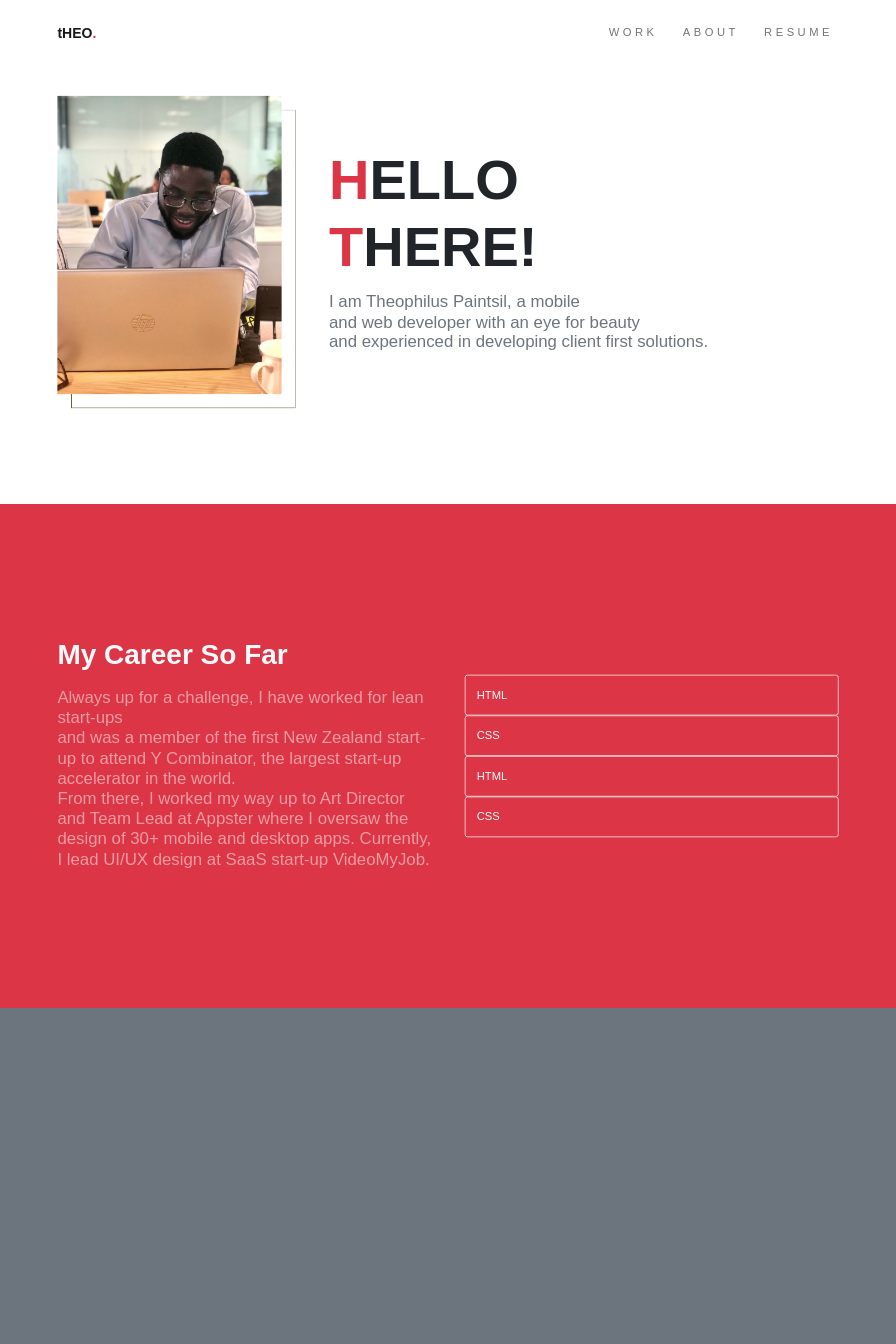
Repository: tHEO2k17/portfolio
Page: /
These files come from the project's save history. The page is drawn as it stood at one moment and after the next save; the edit follows.
The browser window is 1280 px wide. The pictures show the part of the page from y = 0 to 1920 px (the page is 3000 px tall), at 70% of full size.
The project was rebuilt for these pictures with package versions that can differ from the ones it lists, and the page was loaded fresh each time.

Above is the page before, as saved 2021-07-22 11:05:17.

### public/index.html
<!DOCTYPE html>
<html lang="en">
  <head>
    <meta charset="utf-8" />
    <link rel="icon" href="%PUBLIC_URL%/favicon.ico" />
    <meta name="viewport" content="width=device-width, initial-scale=1" />
    <meta name="theme-color" content="#000000" />
    <meta
      name="description"
      content="Web site created using create-react-app"
    />
    <link rel="apple-touch-icon" href="%PUBLIC_URL%/logo192.png" />
    <link rel="manifest" href="%PUBLIC_URL%/manifest.json" />
    <title>Theophilus Paintsil - Portfolio</title>
  </head>
  <body>
    <noscript>You need to enable JavaScript to run this app.</noscript>
    <div id="root"></div>
  </body>
</html>

### src/index.tsx
import React from 'react';
import ReactDOM from 'react-dom';
import './index.scss';
import App from './presentation/App';

ReactDOM.render(
  <React.StrictMode>
    <App />
  </React.StrictMode>,
  document.getElementById('root')
);

### src/index.scss
@import '~bootstrap/scss/bootstrap.scss';

body{
    font-family: Arial, Helvetica, sans-serif;
}
// Navbar
.navbar-light .navbar-nav{
    padding: 1.2rem 0rem;
}

.navbar-light .navbar-nav .nav-link {
   letter-spacing: 5px;
//    font-size: 14px;
}

.navbar-light .navbar-nav .nav-link:not(:last-child) {
    margin-right: 20px;
 }

### src/presentation/App.tsx
import React from 'react';
import { Switch, Route, BrowserRouter as Router, } from 'react-router-dom';
import HomePage from './pages/HomePage';

function App() {
  return (
    <Router>
      <Switch>
        <Route exact path="/" component={HomePage} />
      </Switch>
    </Router>
  );
}

export default App;

### src/presentation/pages/HomePage.tsx
import { Col, Container, Nav, Navbar, Row, Image, Card } from "react-bootstrap";

export default function HomePage() {

    return (
        <>
            <Navbar expand="lg" fixed="top" variant="light">
                <Container>
                    <Navbar.Brand href="#home">
                        <span className="fw-bold">tHEO<b className="text-danger">.</b></span>
                    </Navbar.Brand>
                    <Navbar.Toggle />
                    <Navbar.Collapse>
                        <Nav className="ms-auto">
                            <Nav.Link href="#home">WORK</Nav.Link>
                            <Nav.Link href="#home">ABOUT</Nav.Link>
                            <Nav.Link href="#link">RESUME</Nav.Link>
                        </Nav>
                    </Navbar.Collapse>
                </Container>
            </Navbar>

            <header className="min-vh-100">
                <Container>
                    <Row className="align-items-center min-vh-100 my-auto gx-5">
                        <Col md="4"> <Image src="assets/images/theo.png" fluid /> </Col>
                        <Col>
                            <h1 className="display-1 fw-bold">
                                <b className="text-danger">H</b>ELLO <br />
                                <b className="text-danger">T</b>HERE!
                            </h1>
                            <h4 className="fw-light text-muted mt-3">
                                I am Theophilus Paintsil, a mobile <br />
                                and web developer with an eye for beauty <br />
                                and experienced in developing client first solutions.
                            </h4>
                        </Col>
                    </Row>
                </Container>
            </header>

            <section className="bg-danger min-vh-100">
                {/* skills and tools */}
                <Container>
                    <Row className="align-items-center min-vh-100 my-auto gx-5 text-light">
                        <Col>
                            <h1 className="fw-bold">My Career So Far</h1>
                            <h4 className="text-white-50 mt-4">
                                Always up for a challenge, I have worked for lean start-ups<br />
                                and was a member of the first New Zealand start-up to attend Y Combinator,
                                the largest start-up accelerator in the world. <br />
                                From there, I worked my way up to Art Director and Team Lead at Appster where
                                I oversaw the design of 30+ mobile and desktop apps. Currently,
                                I lead UI/UX design at SaaS start-up VideoMyJob.
                            </h4>
                        </Col>
                        <Col>
                            <Card border="light" bg="danger">
                                <Card.Body>HTML</Card.Body>
                            </Card>
                            <Card border="light" bg="danger">
                                <Card.Body>CSS</Card.Body>
                            </Card>
                            <Card border="light" bg="danger">
                                <Card.Body>HTML</Card.Body>
                            </Card>
                            <Card border="light" bg="danger">
                                <Card.Body>CSS</Card.Body>
                            </Card>
                        </Col>
                    </Row>
                </Container>
            </section>

            <section className="bg-secondary min-vh-100">
                {/* employment history */}
            </section>

            <section className="bg-light min-vh-100">
                {/* work gallery */}
            </section>

            <footer className="bg-dark text-white">
                <Container className="py-5">
                    <Row>
                        <Col>&copy; {new Date().getFullYear()} Theophilus Paintsil. All rights reserved </Col>
                    </Row>
                </Container>
            </footer>

        </>
    );
}

After the next save:
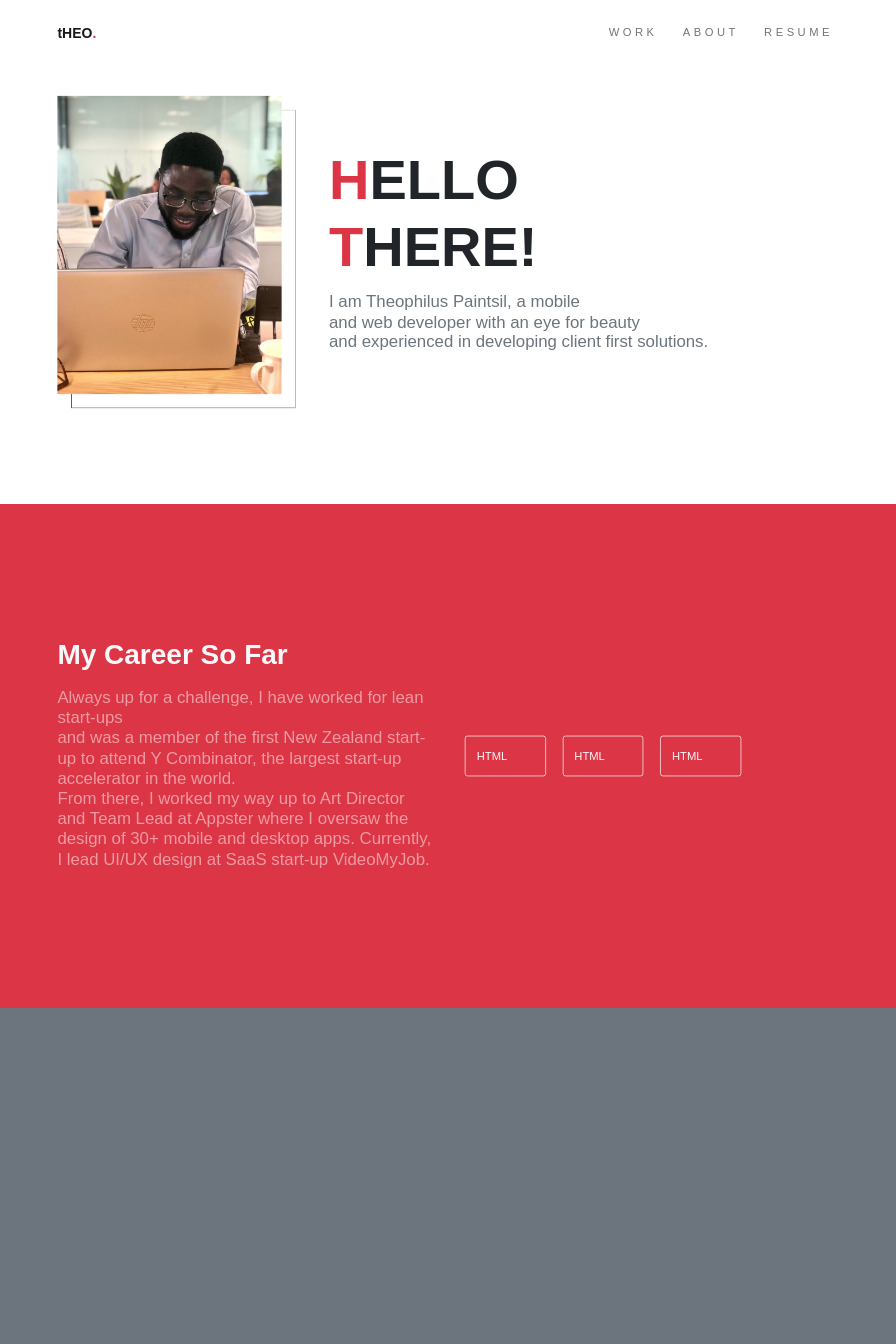
Saved 49 s later.
--- a/src/presentation/pages/HomePage.tsx
+++ b/src/presentation/pages/HomePage.tsx
@@ -55,18 +55,23 @@ export default function HomePage() {
                             </h4>
                         </Col>
                         <Col>
-                            <Card border="light" bg="danger">
-                                <Card.Body>HTML</Card.Body>
-                            </Card>
-                            <Card border="light" bg="danger">
-                                <Card.Body>CSS</Card.Body>
-                            </Card>
-                            <Card border="light" bg="danger">
-                                <Card.Body>HTML</Card.Body>
-                            </Card>
-                            <Card border="light" bg="danger">
-                                <Card.Body>CSS</Card.Body>
-                            </Card>
+                            <Row md="4">
+                                <Col>
+                                    <Card border="light" bg="danger">
+                                        <Card.Body>HTML</Card.Body>
+                                    </Card>
+                                </Col>
+                                <Col>
+                                    <Card border="light" bg="danger">
+                                        <Card.Body>HTML</Card.Body>
+                                    </Card>
+                                </Col>
+                                <Col>
+                                    <Card border="light" bg="danger">
+                                        <Card.Body>HTML</Card.Body>
+                                    </Card>
+                                </Col>
+                            </Row>
                         </Col>
                     </Row>
                 </Container>
